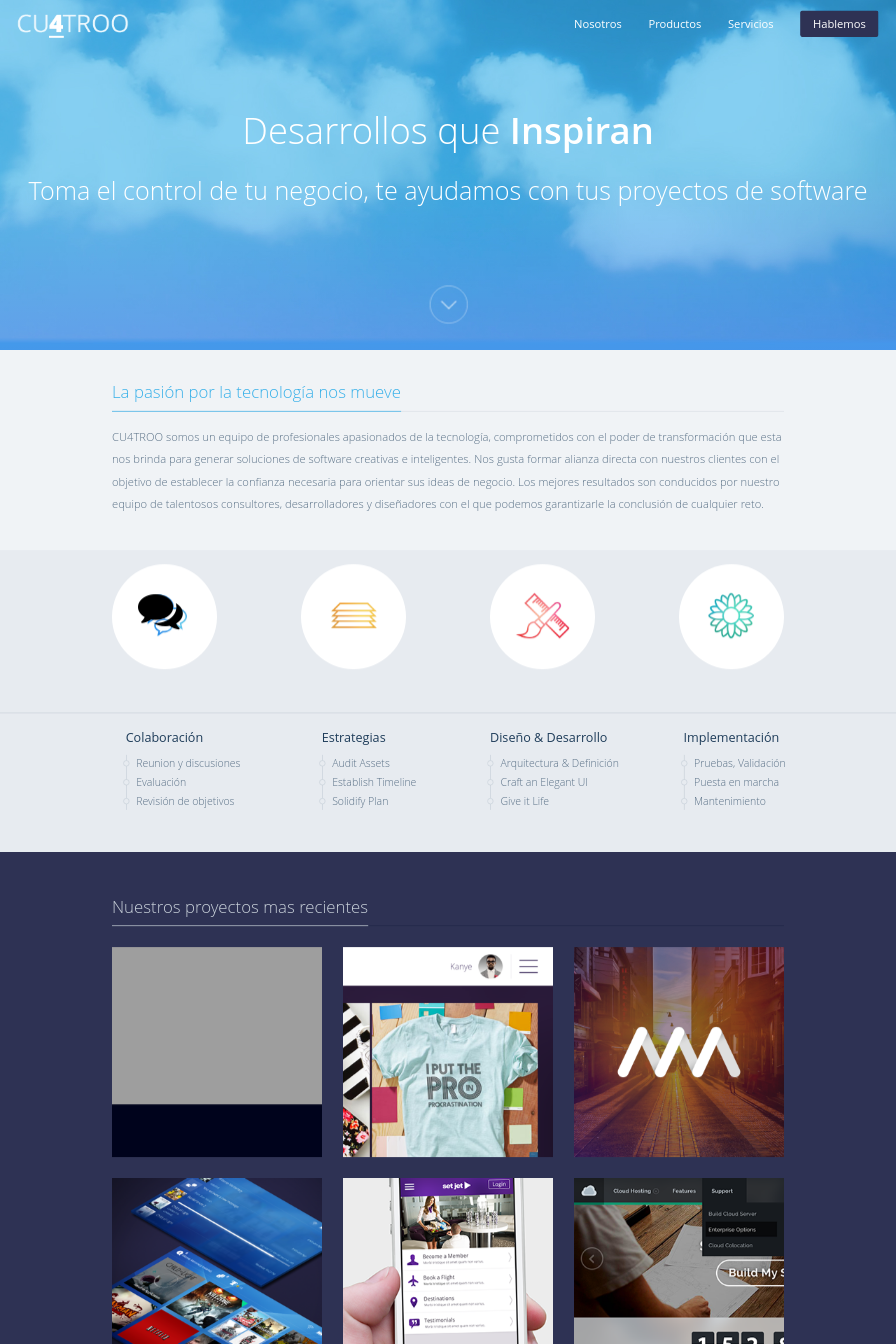
Repository: cuatroo/website
Page: index.html
The author's editor kept a record of every edit. The page is drawn from the files as they stood at one moment, then again after the next edit.
The browser window is 1280 px wide. The pictures show the part of the page from y = 0 to 1920 px (the page is 3294 px tall), at 70% of full size.
Pictures or frames that could not be fetched are drawn as grey boxes. Some web libraries are served in a nearby version.

Above is the page before.
Console error (its wording comes from the project's code and is left out).

### index.html
<!DOCTYPE html>
<!-- saved from url=(0017)http://www.cuatroo.com/ -->
<html class="skrollr skrollr-desktop"><head><meta http-equiv="Content-Type" content="text/html; charset=UTF-8">
        <meta charset="utf-8">
        <meta http-equiv="X-UA-Compatible" content="IE=edge">
        <title>CU4TROO | Soluciones de negocio a traves de la tecnologia | Mexico</title>
        <meta name="description" content="Professional Web & Development Services &amp; Small Business SaaS">
        <meta name="keywords" content="mexico tijuana sonora design, sonora website design, mexico web design, tijuana web services, mexico app design, tijuana app design, sonora app design">
        <meta name="author" content="CU4TROO">
        <meta name="viewport" content="width=device-width, initial-scale=1">

        <link rel="shortcut icon" type="image/png" href="./assets/img/favicon.ico">
        <link rel="stylesheet" href="./assets/css/main.css">
        <link rel="stylesheet" href="./assets/font-awesome/css/font-awesome.min.css">
    </head>
    <body style="height: 3293px;">

        <!--[if lt IE 8]>
            <div class="browseHappy">
		        <p class="browsehappy">You are using an <strong>outdated</strong> browser. Please <a href="http://browsehappy.com/">upgrade your browser</a> to improve your experience.</p>
	        </div>
        <![endif]-->

        <!-- Welcome -->
        <div class="welcome" style="display: none;">
	        <h2>Software que <span>Inspira</span></h2>
	        <h3>Haga crecer su negocio conf <span>calidad</span></h3>
        </div>

        <div id="mainViewpoint">
	        <!-- Header -->
	        <header id="header">
	        	<nav id="navigation" data-400="background: rgba(55, 176, 233, 0)" data-432="background: rgba(55, 176, 233, .98)" class="skrollable skrollable-between" style="background: rgba(55, 176, 233, 0.980392);">
	        		<a class="logo left" href="#">

					<img src="./assets/img/logo_cu4troo.png" >
	        		</a>
	        		<ul class="right">
	        			<li><a href="#about">Nosotros</a></li>
	        			<li><a href="#work">Productos</a></li>
	        			<li><a href="#services">Servicios</a></li>
	        			<li><a class="contactD3sign" href="#talk">Hablemos</a></li>
	        		</ul>
	        		<a class="mobileNav right" href="#"><span class="icon"></span></a>
	        		<div class="clear"></div>
	        		 <div class="mobileMenu">
			        	<ul>
			        		<li><a href="#about">Nosotros</a></li>
				        	<li><a href="#work">Productos</a></li>
				        	<li><a href="#services">Servicios</a></li>
				        	<li><a href="#talk">Hablemos</a></li>
			        	</ul>
			        </div>
	        	</nav>
	        	<!-- Hero -->
	        	<div class="hero skrollable skrollable-after" data-0="background-position: 0 0px; opacity: 1" data-400="background-position: 0 -30px; opacity: 0" style="opacity: 0; background-position: 0px -30px;">
		        	<h2 data-0="padding-top: 160px" data-400="padding-top: 50px" class="skrollable skrollable-after" style="padding-top: 50px;">Desarrollos que <span>Inspiran</span></h2>
		        	<h3>Toma el control de tu negocio, te ayudamos con tus proyectos de </span>software</h3>
		        	<a data-0="bottom: 40px" data-400="bottom: 250px" class="scrollDown skrollable skrollable-after" href="#about" style="bottom: 250px;"><span class="icon"></span></a>
	        	</div>
	        </header>
	        <div id="skrollr-body">
		        <div id="main" style="height: 1200px">
		        	<!-- About -->
		        	<section id="about">
		        		<div class="wrapper">
		        			<header>
		        				<h3>La pasi&oacute;n por la tecnolog&iacute;a nos mueve </h3>
		        			</header>
		        			<p>CU4TROO somos un equipo de profesionales apasionados de la tecnolog&iacute;a, comprometidos con el poder de transformaci&oacute;n que esta nos brinda para generar soluciones de software creativas e inteligentes. Nos gusta formar alianza directa con nuestros clientes con el objetivo de establecer la confianza necesaria para orientar sus ideas de negocio. Los mejores resultados son conducidos por nuestro equipo de talentosos consultores, desarrolladores y diseñadores con el que podemos garantizarle la conclusi&oacute;n de cualquier reto.</p>
		        		</div>
		        		<div class="workFlow animate">
		        			<div class="wrapper">
		        				<ul>
		        					<li class="collaborate animate">
			        					<div class="iconContainer">
			        						<span class="shadowEffect"></span>
			        						<span class="icon"><i class="fa fa-comments fa-4x"></i></span>

			        					</div>
			        					<span class="point autoCenter"></span>
			        					<div class="details" style="width: 92px;">
				        					<h4>Colaboraci&oacute;n</h4>
				        					<ul>
				        						<li>Reunion y discusiones</li>
				        						<li>Evaluaci&oacute;n</li>
				        						<li>Revisi&oacute;n de objetivos</li>
				        					</ul>
			        					</div>
		        					</li>
		        					<li class="strategize animate">
			        					<div class="iconContainer">
			        						<span class="shadowEffect"></span>
			        						<span class="icon"></span>
			        					</div>
			        					<span class="point autoCenter"></span>
			        					<div class="details" style="width: 81px;">
				        					<h4>Estrategias</h4>
				        					<ul>
				        						<li>Audit Assets</li>
				        						<li>Establish Timeline</li>
				        						<li>Solidify Plan</li>
				        					</ul>
			        					</div>
		        					</li>
		        					<li class="dev animate">
			        					<div class="iconContainer">
			        						<span class="shadowEffect"></span>
			        						<span class="icon"></span>
			        					</div>
			        					<span class="point autoCenter"></span>
			        					<div class="details" style="width: 144px;">
				        					<h4>Diseño &amp; Desarrollo</h4>
				        					<ul>
				        						<li>Arquitectura &amp; Definici&oacute;n</li>
				        						<li>Craft an Elegant UI</li>
				        						<li>Give it Life</li>
				        					</ul>
			        					</div>
		        					</li>
		        					<li class="implement animate">
			        					<div class="iconContainer">
			        						<span class="shadowEffect"></span>
			        						<span class="icon"></span>
			        					</div>
			        					<span class="point autoCenter"></span>
			        					<div class="details" style="width: 84px;">
				        					<h4>Implementaci&oacute;n</h4>
				        					<ul>
                                                <li>Pruebas, Validaci&oacute;n</li>
				        						<li>Puesta en marcha</li>
				        						<li>Mantenimiento</li>
				        					</ul>
			        					</div>
		        					</li>
		        				</ul>
		        				<div class="clear"></div>
		        			</div>
		        		</div>
		        	</section>
		        	<section id="work">
			        	<div class="wrapper">
				        	<header>
		        				<h3>Nuestros proyectos mas recientes</h3>
		        			</header>
		        			<div class="gallery animate">
                                <div class="shotWrapper" data-img="assets/img/raveil.png">
                                    <div class="shot" style="background: url(assets/img/raveil_preview.png)">
                                        <div class="overlay">
                                            <div class="contentContainer">
                                                <header>
                                                    <h4>Racks Inc. Inventario</h4>
                                                    <p>UI/UX Design &amp; Development</p>
                                                </header>
                                                <a class="viewProject" href="#">View Project</a>
                                            </div>
                                        </div>
                                    </div>
                                </div>
                                <div class="shotWrapper" data-img="assets/img/mysalesclub.png">
                                    <div class="shot" style="background: url(assets/img/mysalesclub_preview.png)">
                                        <div class="overlay">
                                            <div class="contentContainer">
                                                <header>
                                                    <h4>My Sales Club</h4>
                                                    <p>UI/UX Design &amp; Development</p>
                                                </header>
                                                <a class="viewProject" href="#">View Project</a>
                                            </div>
                                        </div>
                                    </div>
                                </div>
                                <div class="shotWrapper" data-img="assets/img/ams.png">
                                    <div class="shot" style="background: url(assets/img/ams_preview.png)">
                                        <div class="overlay">
                                            <div class="contentContainer">
                                                <header>
                                                    <h4>Amazing Media Solutions</h4>
                                                    <p>UI Design &amp; WordPress Development</p>
                                                </header>
                                                <a class="viewProject" href="#">View Project</a>
                                            </div>
                                        </div>
                                    </div>
                                </div>
                                <div class="shotWrapper" data-img="assets/img/vita.png">
                                    <div class="shot" style="background: url(assets/img/vita_preview.png)">
                                        <div class="overlay">
                                            <div class="contentContainer">
                                                <header>
                                                    <h4>PSVita Redesign</h4>
                                                    <p>UI/UX Redesign Concept</p>
                                                </header>
                                                <a class="viewProject" href="#">View Project</a>
                                            </div>
                                        </div>
                                    </div>
                                </div>
		        				<div class="shotWrapper" data-img="assets/img/setjet.png">
		        					<div class="shot" style="background: url(assets/img/setjet_preview.png)">
		        						<div class="overlay">
		        							<div class="contentContainer">
		        								<header>
		        									<h4>Set Jet Mobile App</h4>
		        									<p>UI Design &amp; Mobile Development</p>
		        								</header>
		        								<a class="viewProject" href="#">View Project</a>
		        							</div>
		        						</div>
		        					</div>
		        				</div>
		        				<div class="shotWrapper" data-img="assets/img/besthost.png">
		        					<div class="shot" style="background: url(assets/img/besthost_preview.png)">
		        						<div class="overlay">
		        							<div class="contentContainer">
		        								<header>
		        									<h4>BestHost WP Theme</h4>
		        									<p>UI Design &amp; WordPress Development</p>
		        								</header>
		        								<a class="viewProject" href="#">View Project</a>
		        							</div>
		        						</div>
		        					</div>
		        				</div>
		        				<div class="clear"></div>
		        			</div>
			        	</div>
		        	</section>
		        	<section id="services">
		        		<div class="wrapper">
		        			<header>
		        				<h3>Ser</h3>
		        			</header>
		        			<p>Great interfaces are unified systems of visuals and interactions that solve complex problems with empathy for the end-user. Whether it's on the web, desktop, mobile, or all three, our team loves bringing concepts to life by using a variety of languages and platforms.</p>
							<div class="responsiveDesign animate">
								<div class="image"></div>
							</div>
		        		</div>
						<div class="serviceDetails">
							<div class="wrapper">
								<div class="column">
									<header>
					        			<h3>Servicios en la nube</h3>
									</header>
									<p>Your brand is your business. It is the visual system that expresses your personality, values, and competitive edge. With conceptualized brand identities, we deliver a comprehensive style guide of customized bold, clean marks, typeface, color palettes, and marketing collateral.</p>
								</div>
								<div class="column">
									<header>
					        			<h3>Diseño Web &amp; Mobile</h3>
									</header>
									<p>A brand is only as successful as its implementation. We take a holistic approach to brand application, channeling the design process to the web experience. This means smart design for the tech savvy, as well as user-friendly design for the less tech-versed. Placing emphasis on human experience, we apply strong, intentional visuals across all screen sizes.</p>
								</div>
								<div class="column">
									<header>
					        			<h3>Desarrollo</h3>
									</header>
									<p>Don’t blow your concept in the execution. Make sure you have the right development team to efficiently carry out your design elements across multiple platforms. And the team that can define a user-friendly CMS to enable you to manage your site update your own content. Fortunately for you, web development is our sweet spot.</p>
								</div>
								<div class="clear"></div>
							</div>
		        		</div>
		        	</section>
		        	<section id="letsTalk">
                        <a class="contactD3sign" href="#"><h4><span>Hablemos</span> acerca de su siguiente proyecto <span class="icon"></span></h4></a>
		        	</section>
		        	<footer>
		        		<div class="logo left">

							 	<img src="./assets/img/logo_cu4troo.png" >

		        		</div>
		        		<ul class="right">
		        			<li><a href="#about">Nosotros</a></li>
		        			<li><a href="#work">Trabajos</a></li>
		        			<li><a href="#services">Servicios</a></li>
		        			<li><a class="contactD3sign" href="#talk">Hablemos</a></li>
		        		</ul>
		        	</footer>
		        </div>
	        </div>
        </div>
        <div class="contactModal">
        	<div class="modalWrapper">
        		<div class="modal">
        			<div class="contentContainer">
        				<h2><span>Hablemos</span> acerca de su siguiente proyecto</h2>
                        <p>Nos encantaría ayudar a elaborar estrategias, diseñar, construir y ejecutar su idea. La investigacion de su proyecto es muy importante para nosotros, Seguro encontraremos la mejor forma de servirle</p>

        			</div>
        			<form method="post" action="assets/inc/contact.php" id="contactForm">
	        			<div class="formContainer">
	        				<div class="contentContainer">
		        				<div class="inputContainer">
		        					<input type="text" name="name" id="name" placeholder="Nombre" required="">
		        				</div>
		        				<div class="inputContainer">
		        					<input type="text" name="email" id="email" placeholder="Correo Electronico" required="">
		        				</div>
		        				<div class="messageContainer">
		        					<textarea name="message" id="message" placeholder="Cuentenos acerca de su emocionante proyecto.." required=""></textarea>
		        				</div>
		        				<div class="budgetContainer">
		        					<label>Presupuesto para su proyecto <span class="budgetAmount">$5,000</span></label>
		        					<div class="budgetSlider ui-slider ui-slider-horizontal ui-widget ui-widget-content ui-corner-all" aria-disabled="false"><div class="ui-slider-range ui-widget-header ui-corner-all ui-slider-range-min" style="width: 7.40740740740741%;"></div><a class="ui-slider-handle ui-state-default ui-corner-all" href="http://www.cuatroo.com/#" style="left: 7.40740740740741%;"></a></div>
		        				</div>
	        				</div>
	        			</div>
	        			<div class="formActions">
	        				<button class="secondaryBtn">Cancelar</button>
	        				<button class="primaryBtn">Enviar Mensaje</button>
	        			</div>
        			</form>
        			<div class="loadingOverlay">
	        			<div class="loadingIcon"></div>
        			</div>
        			<div class="successOverlay">
        				<h2>We received your project inquiry.</h2>
        				<p>We'll do our best to respond within a few business days. </p>
        				<a class="close" href="#">Cerrar</a>
        			</div>
        		</div>
        	</div>
        </div>
        <script async="" src="//www.google-analytics.com/analytics.js"></script>
        <script src="http://ajax.googleapis.com/ajax/libs/jquery/1.11.0/jquery.min.js"></script>
        <script src="http://ajax.googleapis.com/ajax/libs/jqueryui/1.10.4/jquery-ui.min.js"></script>
        <script src="./assets/js/main.js"></script>
        <script src="./assets/js/skrollr.min.js"></script>
        <script src="./assets/js/waypoints.min.js"></script>
        <script>
          (function(i,s,o,g,r,a,m){i['GoogleAnalyticsObject']=r;i[r]=i[r]||function(){
          (i[r].q=i[r].q||[]).push(arguments)},i[r].l=1*new Date();a=s.createElement(o),
          m=s.getElementsByTagName(o)[0];a.async=1;a.src=g;m.parentNode.insertBefore(a,m)
          })(window,document,'script','//www.google-analytics.com/analytics.js','ga');

          ga('create', 'UA-46824321-1', 'auto');
          ga('send', 'pageview');

        </script>


</body></html>

Loaded but not shown: assets/font-awesome/css/font-awesome.min.css (library); assets/js/skrollr.min.js (library); assets/js/waypoints.min.js (library); assets/js/main.js (257 lines, source omitted); assets/css/main.css (1855 lines, source omitted)

After the next edit:
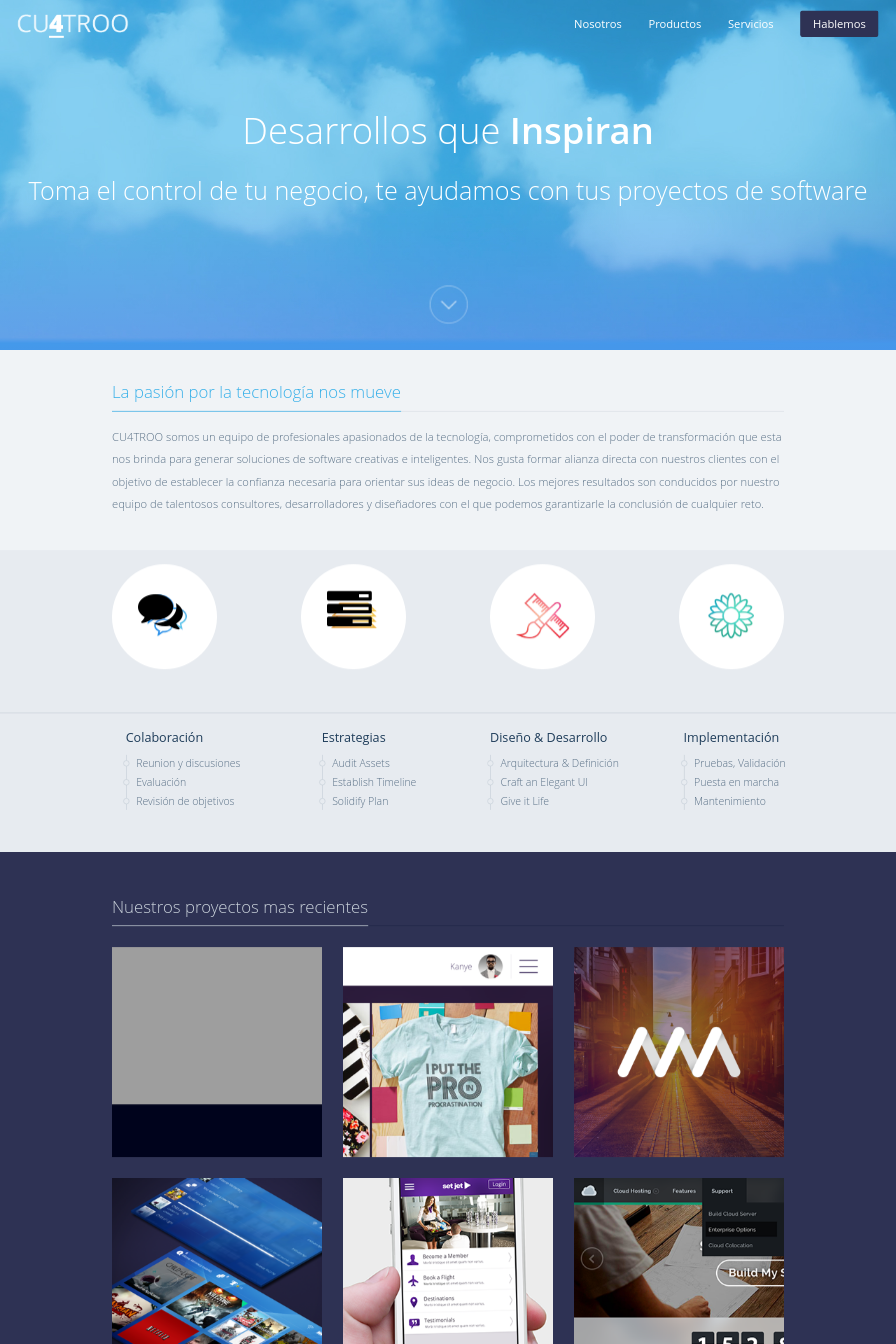
The edit:
--- a/index.html
+++ b/index.html
@@ -91,7 +91,7 @@
 		        					<li class="strategize animate">
 			        					<div class="iconContainer">
 			        						<span class="shadowEffect"></span>
-			        						<span class="icon"></span>
+			        						<span class="icon"><i class="fa fa-tasks fa-4x"></i></span>
 			        					</div>
 			        					<span class="point autoCenter"></span>
 			        					<div class="details" style="width: 81px;">
